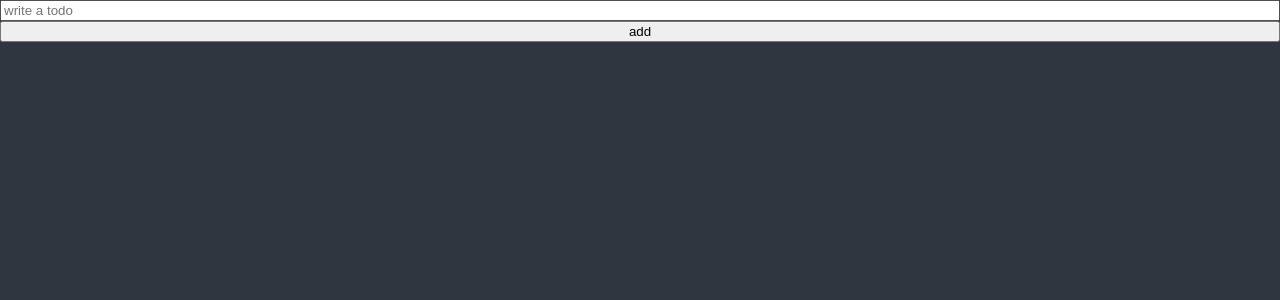
Repository: hesshess/nomad-reactjs-master-todolist
Page: /
An editor plug-in stored every save of this project. The page is shown before and after the next save, followed by the edit.
The browser window is 1280 px wide. The pictures show the whole page.
Some web fonts or font styles are not loaded; a fallback is used. The project was rebuilt for these pictures with package versions that can differ from the ones it lists, and the page was loaded fresh each time.

Above is the page before, as saved 2023-11-01 13:49:22.

After the next save:
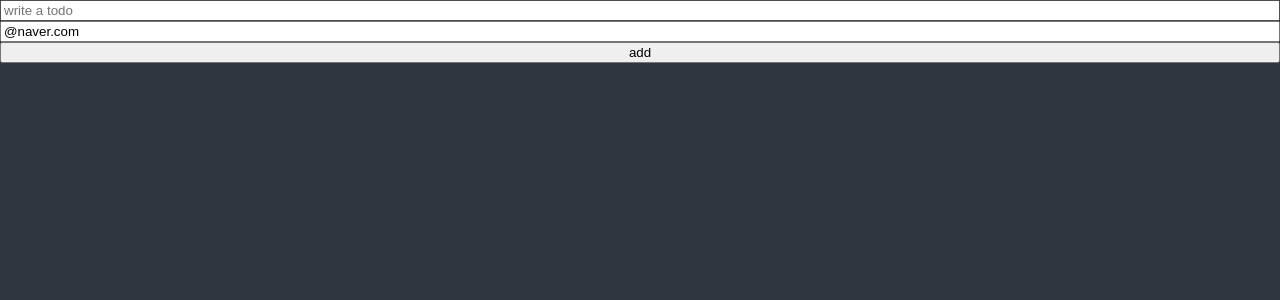
Saved 5 min 43 s later.
--- a/src/TodoList.tsx
+++ b/src/TodoList.tsx
@@ -1,4 +1,3 @@
-import { useState } from 'react';
 import { useForm } from 'react-hook-form';
 /*
 function ToDoList(){
@@ -21,12 +20,8 @@ function ToDoList(){
     </div>
     );
 }*/
-interface IFormData {
-  errors: {
-    todo: {
-      message: string;
-    };
-  };
+interface IForm {
+  email: string;
   todo: string;
 }
 
@@ -35,7 +30,11 @@ function ToDoList() {
     register,
     handleSubmit,
     formState: { errors },
-  } = useForm<IFormData>();
+  } = useForm<IForm>({
+    defaultValues: {
+      email: '@naver.com',
+    },
+  });
   const onValid = (data: any) => {
     console.log(data);
   };
@@ -56,6 +55,17 @@ function ToDoList() {
           placeholder="write a todo"
         />
         <span>{errors?.todo?.message}</span>
+        <input
+          {...register('email', {
+            required: 'email is required',
+            minLength: {
+              value: 5,
+              message: 'your email is too short',
+            },
+          })}
+          placeholder="write a email"
+        />
+        <span>{errors?.email?.message}</span>
         <button>add</button>
       </form>
     </div>
